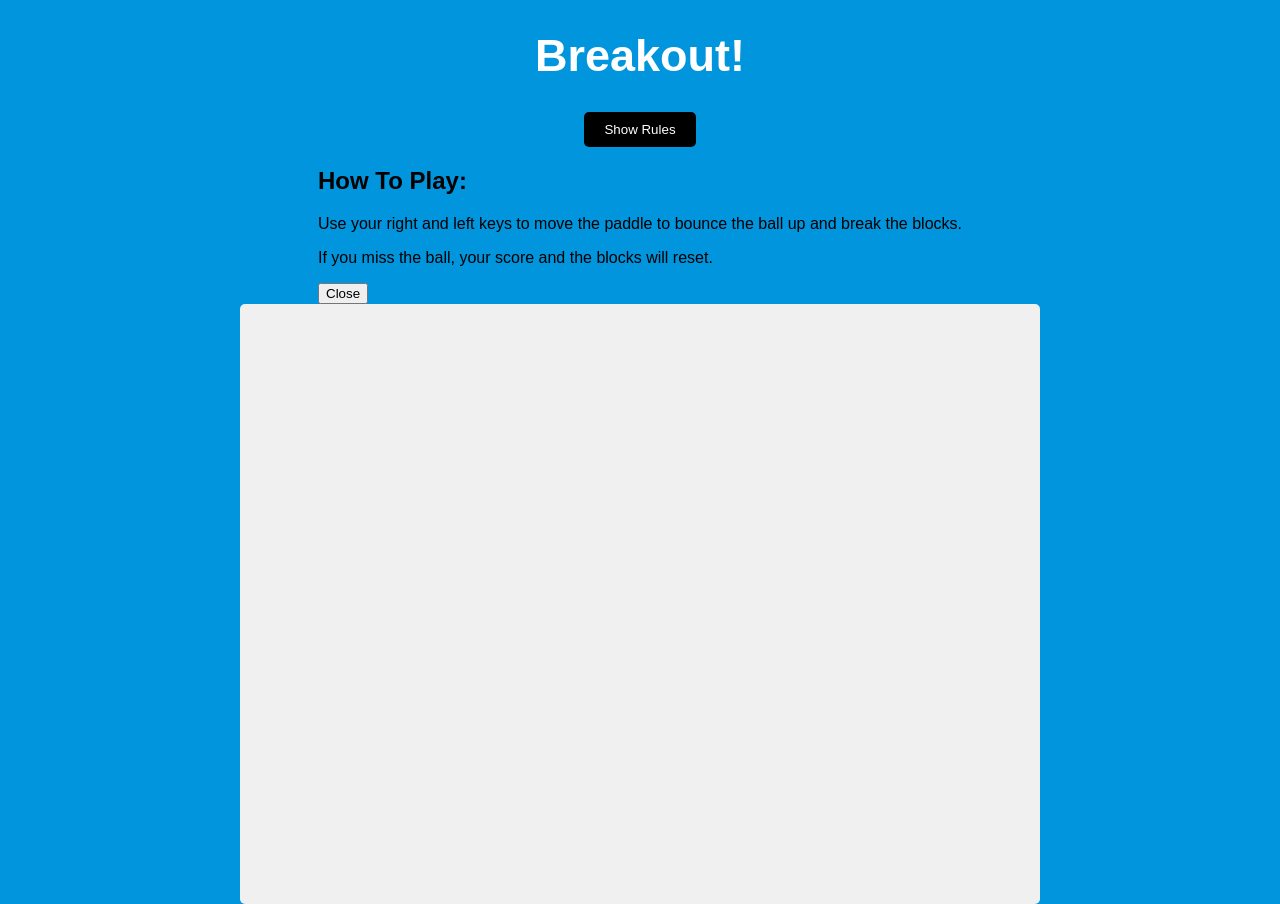
Repository: JackyZzZz/BREAKOUT-GAME
Page: index.html
These files come from the project's save history. The page is drawn as it stood at one moment and after the next save; the edit follows.
The browser window is 1280 px wide. The pictures show the whole page.

Above is the page before, as saved 2023-09-04 20:41:01.

### index.html
<!DOCTYPE html>
<html lang="en">
<head>
    <meta charset="UTF-8">
    <meta name="viewport" content="width=device-width, initial-scale=1.0">
    <meta http-equiv="" content="X-UA-Compatible" content="ie=edge">
    <link rel="stylesheet" href="style.css">
    <title>Breakout!</title>
</head>
<body>
    <h1>Breakout!</h1>
    <button id="rules-btn" class="btn rules-btn">Show Rules</button>
    <div id="rules" class="rules">
        <h2>How To Play:</h2>
        <p>
            Use your right and left keys to move the paddle to bounce the ball up and break the blocks.
        </p>
        <p>If you miss the ball, your score and the blocks will reset.</p>
        <button id="close-btn" class="close-btn">Close</button>
    </div>

    <canvas id="canvas" width="800" height="600"></canvas>

    <script src="script.js"></script>
</body>
</html>

### style.css
* {
    box-sizing: border-box;
}

body {
    background-color: #0095dd;
    display: flex;
    flex-direction: column;
    align-items: center;
    justify-content: center;
    font-family: Arial, Helvetica, sans-serif;
    min-height: 100vh;
    margin: 0;
}

h1 {
    font-size: 45px;
    color: #fff
}

canvas {
    background-color: #f0f0f0;
    display: block;
    border-radius: 5px;
}

.btn {
    cursor: pointer;
    border: 0;
    padding: 10px 20px;
    background-color: #000;
    color: #fff;
    border-radius: 5px;
}

.btn:focus {
    outline: 0;
}

.btn:hover {
    background: #222;
}

.btn:active {
    transform: scale(0.98);
}

Loaded but not shown: script.js (no copy from this time; the picture is the same without it)

After the next save:
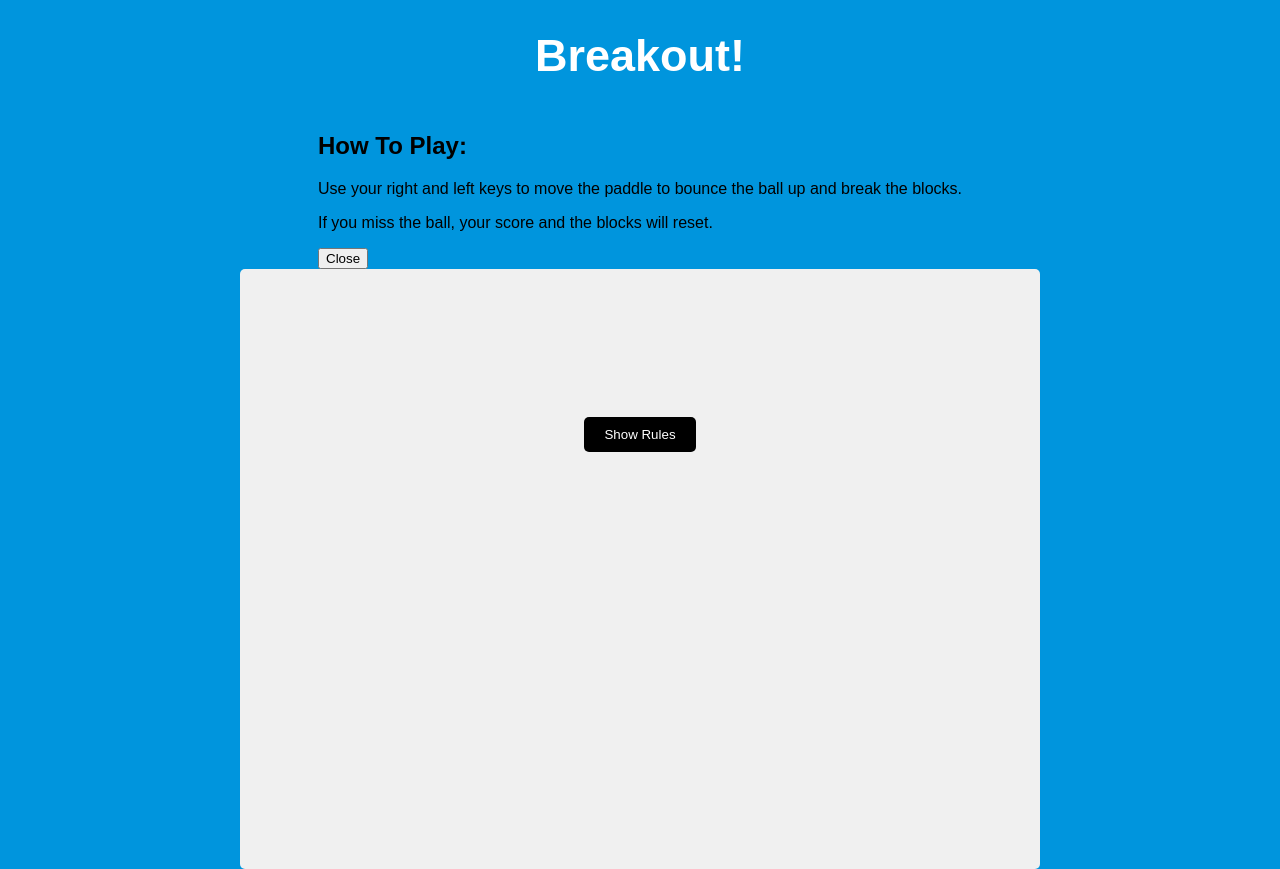
Saved 65 s later.
--- a/style.css
+++ b/style.css
@@ -44,3 +44,7 @@ canvas {
 .btn:active {
     transform: scale(0.98);
 }
+
+.rules-btn {
+    position: absolute;
+}
